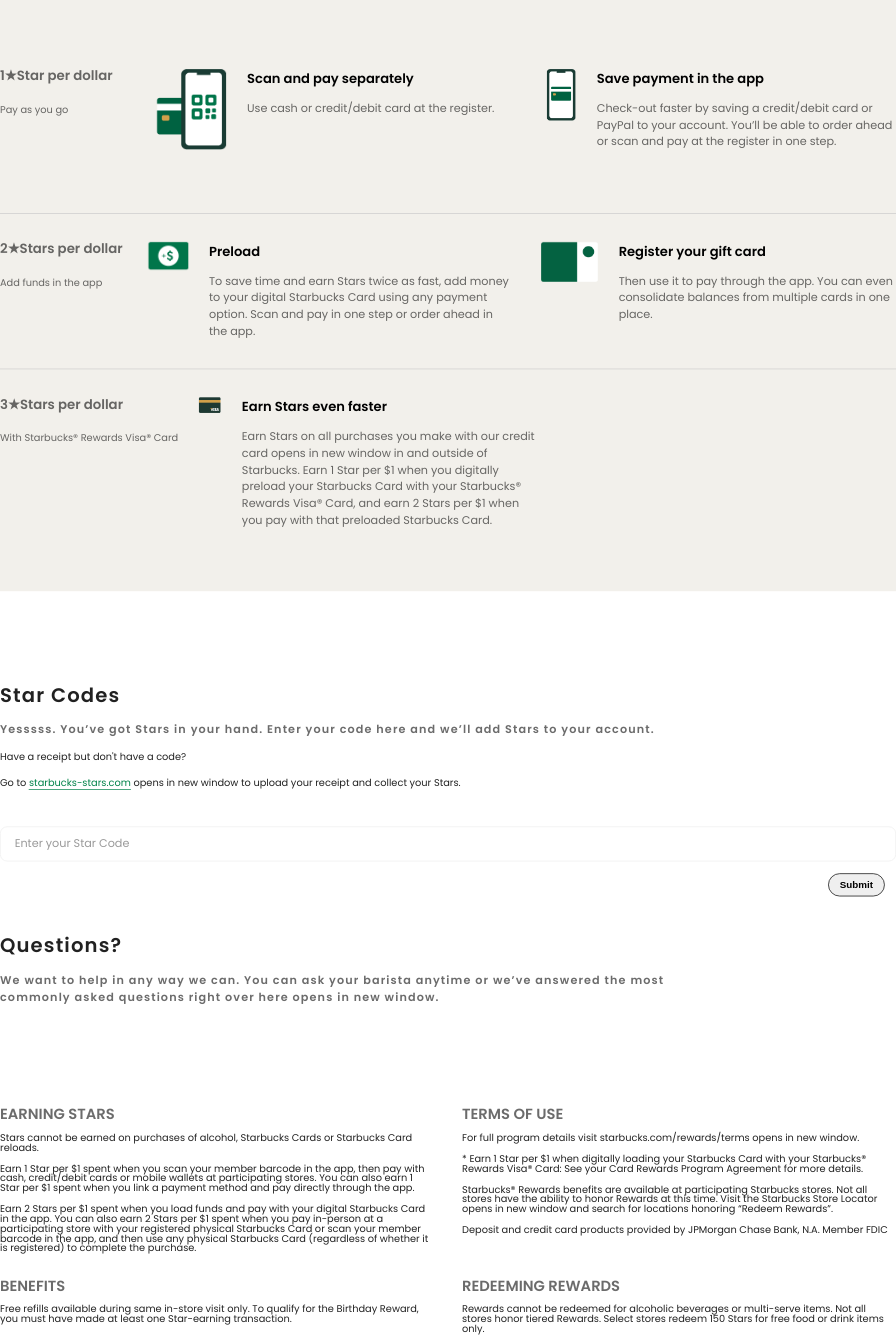
Repository: Akashiii1/StarBucks
Page: index.html
These files come from the project's save history. The page is drawn as it stood at one moment and after the next save; the edit follows.
The browser window is 1280 px wide. The pictures show the part of the page from y = 2612 to 4532 px (the page is 4532 px tall), at 70% of full size.

Above is the page before, as saved 2022-02-02 00:35:51.

After the next save:
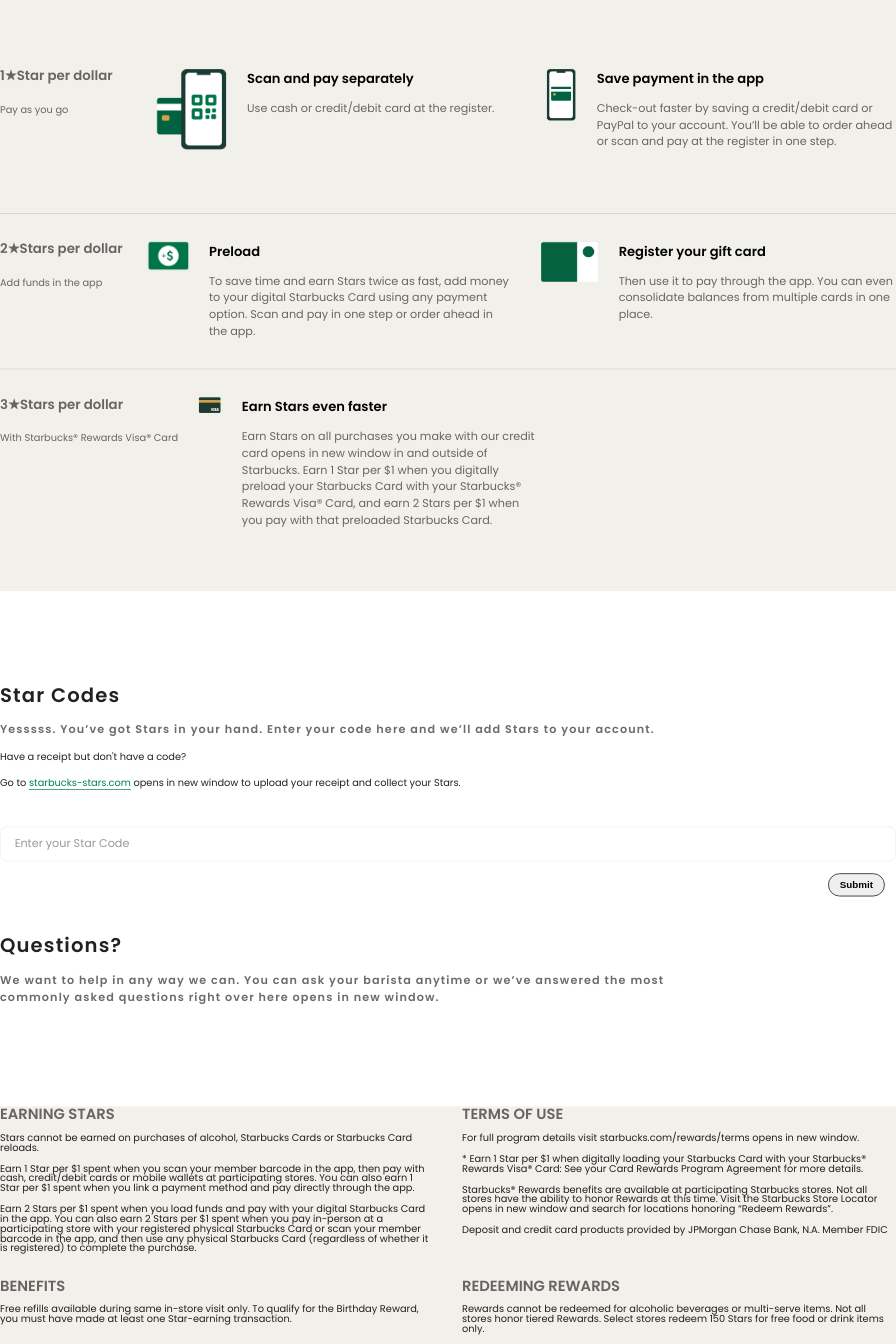
Saved 53 s later.
--- a/index.html
+++ b/index.html
@@ -423,7 +423,7 @@
         </div>
       </section>
       <!--  -->
-      <section class="participating">
+      <section class="participating bgl">
         <div class="container party">
           <div class="sec section1">
             <h2>EARNING STARS</h2>
